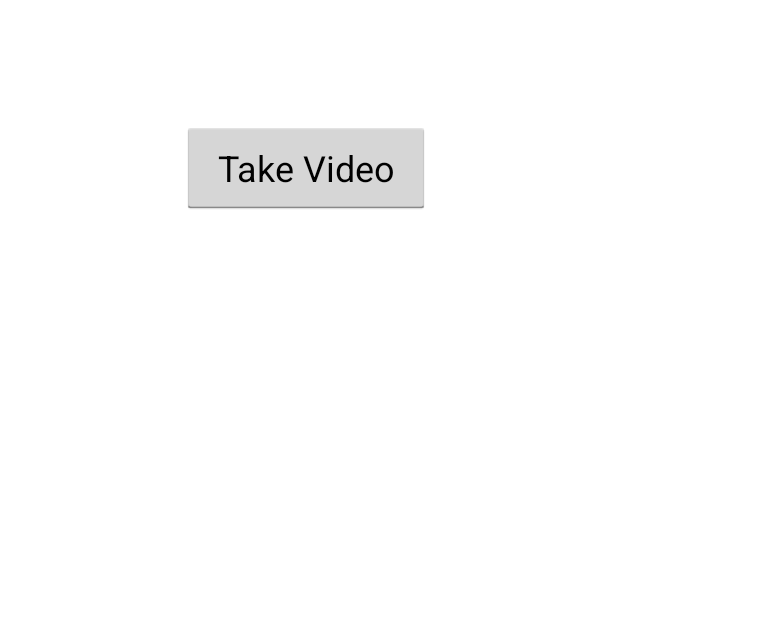
Repository: complexityclass/VideoSaver
Layout: VideoSaver/res/layout/activity_main.xml
The author's editor kept a copy of each file at every save. The layout is drawn from the files as they stood at one save, then again after the next save.
The pictures show rows 644 to 1280 of an output 1280 px tall.
It is drawn on a 768 x 1280 px phone screen (xhdpi) without system bars, with theme AppTheme; the app's code is not run.

Above is the layout before, as saved 2014-01-30 15:26:31.

### VideoSaver/res/layout/activity_main.xml
<AbsoluteLayout xmlns:android="http://schemas.android.com/apk/res/android"
    xmlns:tools="http://schemas.android.com/tools"
    android:layout_width="match_parent"
    android:layout_height="match_parent"
    android:paddingBottom="@dimen/activity_vertical_margin"
    android:paddingLeft="@dimen/activity_horizontal_margin"
    android:paddingRight="@dimen/activity_horizontal_margin"
    android:paddingTop="@dimen/activity_vertical_margin"
    tools:context=".MainActivity" >

    <ImageView
        android:id="@+id/imageView1"
        android:layout_width="match_parent"
        android:layout_height="118dp"
        android:layout_x="3dp"
        android:layout_y="9dp"
        android:visibility="visible" />

    <VideoView
        android:id="@+id/videoView1"
        android:layout_width="wrap_content"
        android:layout_height="110dp"
        android:layout_x="1dp"
        android:layout_y="196dp"
        android:visibility="invisible" />

    <Button
        android:id="@+id/btnIntendV"
        android:layout_width="126dp"
        android:layout_height="wrap_content"
        android:layout_x="74dp"
        android:layout_y="366dp"
        android:text="@string/btnIntendV" />

</AbsoluteLayout>

### VideoSaver/res/values/strings.xml
<?xml version="1.0" encoding="utf-8"?>
<resources>

    <string name="app_name">VideoSaver</string>
    <string name="action_settings">Settings</string>
    <string name="hello_world">Hello world!</string>
    <string name="btnIntendV">Take Video</string>
    <string name="cannot">Cannot</string>


</resources>

Loaded but not shown: VideoSaver/res/values/styles.xml (common file); VideoSaver/res/values-v11/styles.xml (common file); VideoSaver/res/values-v14/styles.xml (common file); VideoSaver/res/values/dimens.xml (common file)

After the next save:
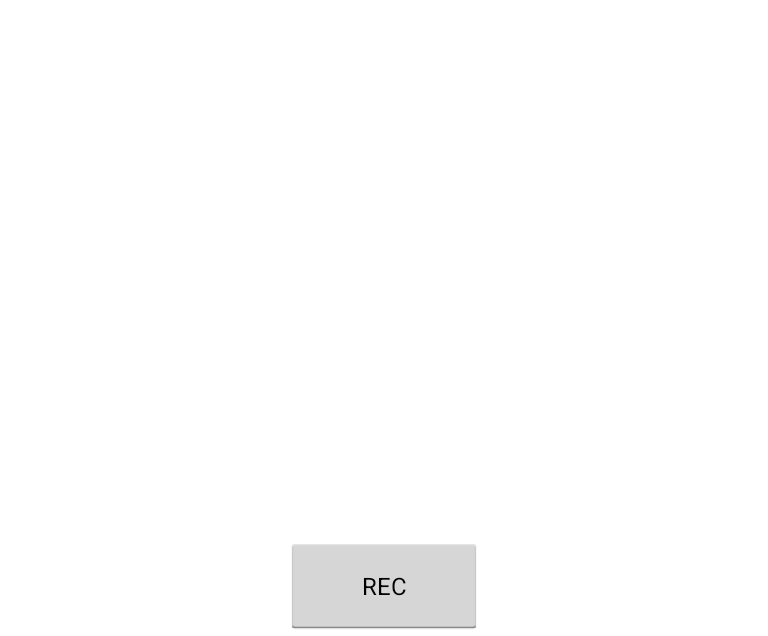
Saved 9 min 12 s later.
--- a/VideoSaver/res/layout/activity_main.xml
+++ b/VideoSaver/res/layout/activity_main.xml
@@ -1,35 +1,25 @@
-<AbsoluteLayout xmlns:android="http://schemas.android.com/apk/res/android"
-    xmlns:tools="http://schemas.android.com/tools"
-    android:layout_width="match_parent"
-    android:layout_height="match_parent"
-    android:paddingBottom="@dimen/activity_vertical_margin"
-    android:paddingLeft="@dimen/activity_horizontal_margin"
-    android:paddingRight="@dimen/activity_horizontal_margin"
-    android:paddingTop="@dimen/activity_vertical_margin"
-    tools:context=".MainActivity" >
-
-    <ImageView
-        android:id="@+id/imageView1"
-        android:layout_width="match_parent"
-        android:layout_height="118dp"
-        android:layout_x="3dp"
-        android:layout_y="9dp"
-        android:visibility="visible" />
-
-    <VideoView
-        android:id="@+id/videoView1"
-        android:layout_width="wrap_content"
-        android:layout_height="110dp"
-        android:layout_x="1dp"
-        android:layout_y="196dp"
-        android:visibility="invisible" />
-
-    <Button
-        android:id="@+id/btnIntendV"
-        android:layout_width="126dp"
-        android:layout_height="wrap_content"
-        android:layout_x="74dp"
-        android:layout_y="366dp"
-        android:text="@string/btnIntendV" />
-
-</AbsoluteLayout>
+<?xml version="1.0" encoding="utf-8"?>
+<LinearLayout xmlns:android="http://schemas.android.com/apk/res/android"
+    android:orientation="vertical"
+    android:layout_width="fill_parent"
+    android:layout_height="fill_parent"
+    >
+    <RelativeLayout
+        android:orientation="vertical"
+        android:layout_width="fill_parent"
+        android:layout_height="fill_parent"
+        >
+        <FrameLayout
+            android:id="@+id/videoview"
+            android:layout_width="fill_parent"
+            android:layout_height="fill_parent"/>
+        <Button
+            android:id="@+id/mybutton"
+            android:layout_width="100dp"
+            android:layout_height="50dp"
+            android:layout_centerHorizontal="true"
+            android:layout_alignParentBottom="true"
+            android:text="REC"
+            android:textSize="12dp"/>
+    </RelativeLayout>
+</LinearLayout>
